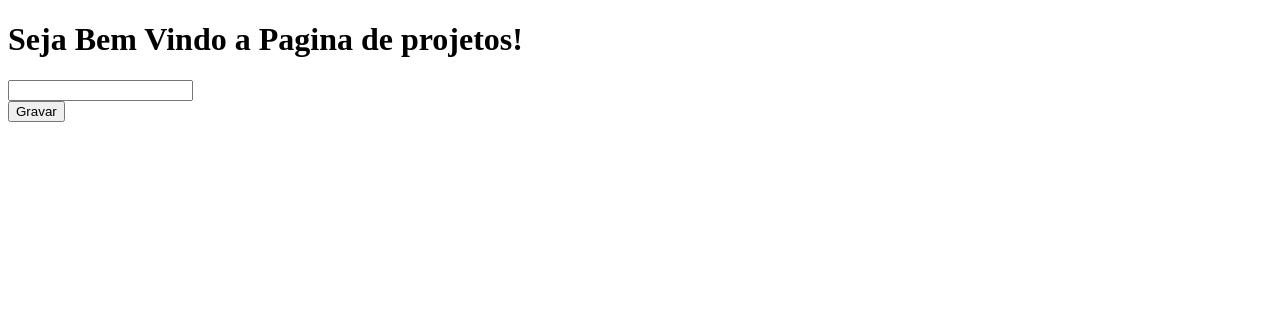
Repository: ericvinicius/cursojavaweb
Page: workspace/Projeto-Pessoal/WebContent/Main.html
The author's editor kept a copy of each file at every save. The page is drawn from the files as they stood at one save, then again after the next save.
The browser window is 1280 px wide. The pictures show the whole page.

Above is the page before, as saved 2013-03-16 16:26:46.

### workspace/Projeto-Pessoal/WebContent/Main.html
<!DOCTYPE html PUBLIC "-//W3C//DTD HTML 4.01 Transitional//EN" "http://www.w3.org/TR/html4/loose.dtd">
<html>
<head>
<meta http-equiv="Content-Type" content="text/html; charset=UTF-8">
<title>Eric's Project</title>
</head>
<body>
	<h1>Seja Bem Vindo a Pagina de projetos!</h1>

	<input type="text" name="nome" /> <br />
	<input type="submit" value="Gravar" />

</body>
</html>

After the next save:
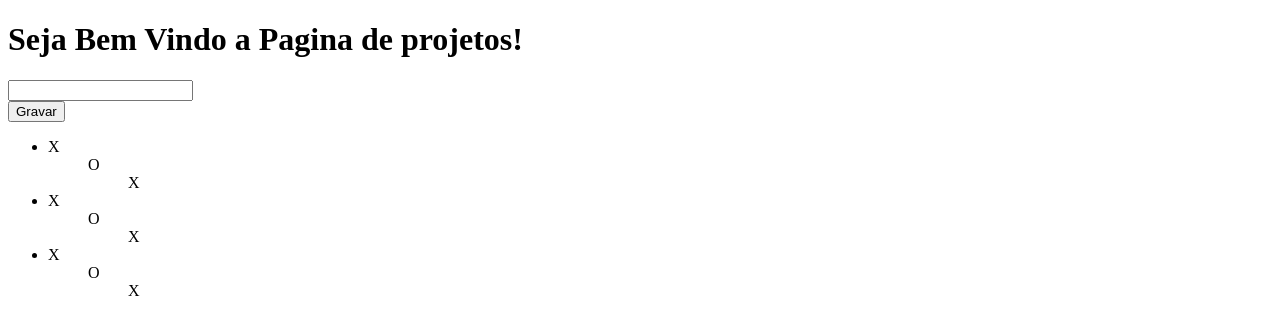
Saved 4 min 57 s later.
--- a/workspace/Projeto-Pessoal/WebContent/Main.html
+++ b/workspace/Projeto-Pessoal/WebContent/Main.html
@@ -7,8 +7,36 @@
 <body>
 	<h1>Seja Bem Vindo a Pagina de projetos!</h1>
 
-	<input type="text" name="nome" /> <br />
+	<input type="text" name="nome" />
+	<br />
 	<input type="submit" value="Gravar" />
+
+	<ul>
+		<li>X
+			<ol>
+				O
+				<ol>
+					X
+				</ol>
+			</ol>
+		</li>
+		<li>X
+			<ol>
+				O
+				<ol>
+					X
+				</ol>
+			</ol>
+		</li>
+		<li>X
+			<ol>
+				O
+				<ol>
+					X
+				</ol>
+			</ol>
+		</li>
+	</ul>
 
 </body>
 </html>
